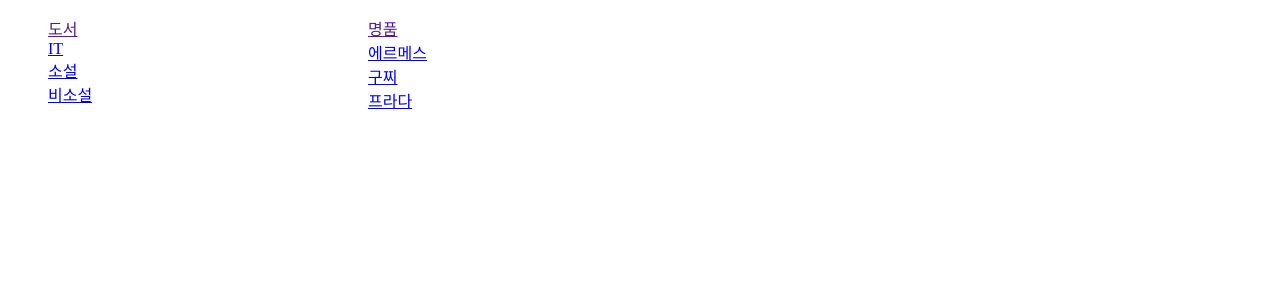
Repository: Shinhan1/shinhan
Page: http://localhost/web_goott/w20200324/jQueryEx14.jsp
The author's editor kept a copy of each file at every save. The page is drawn from the files as they stood at one save, then again after the next save.
The browser window is 1280 px wide. The pictures show the whole page.
The page is served by Tomcat 9.

Above is the page before, as saved 2020-03-24 06:02:55.

After the next save:
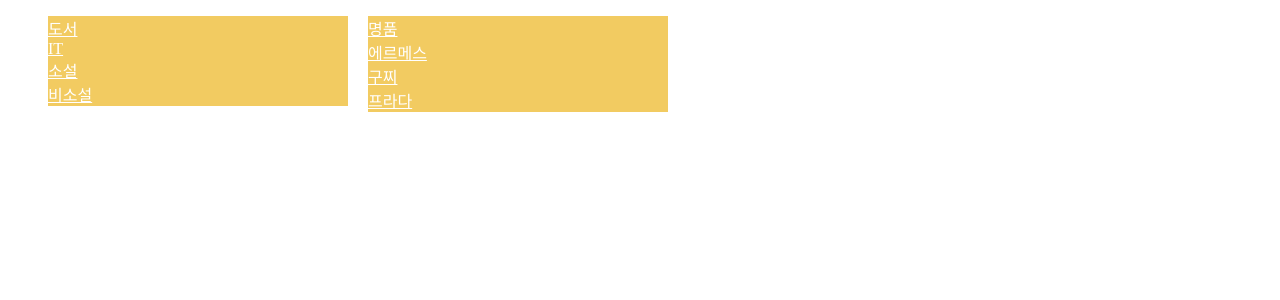
Saved 44 s later.
--- a/web_goott/WebContent/w20200324/jQueryEx14.jsp
+++ b/web_goott/WebContent/w20200324/jQueryEx14.jsp
@@ -23,6 +23,8 @@
 	li.mainmenu a {
 		width: 300px;
 		display: block;
+		background-color: #F2CB61;
+		color : white;
 	}
 
 
